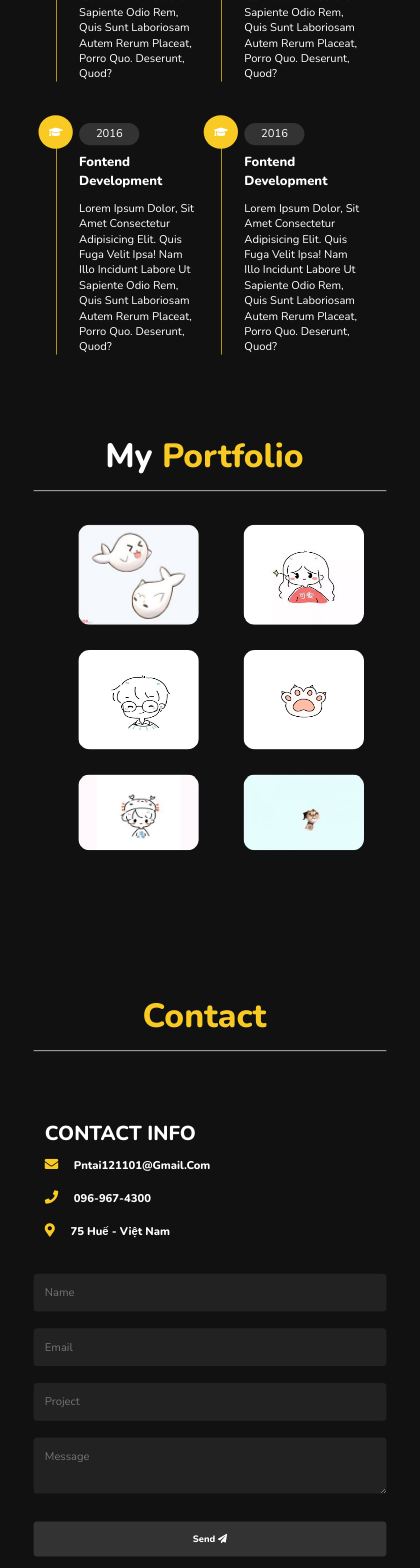
Repository: PCTai/My-profile
Page: index.html
An editor plug-in stored every save of this project. The page is shown before and after the next save, followed by the edit.
The browser window is 600 px wide. The pictures show the part of the page from y = 2381 to 4621 px (the page is 4621 px tall), at 70% of full size.

Above is the page before, as saved 2022-01-13 10:20:22.

### index.html
<!DOCTYPE html>
<html lang="en">
<head>
    <meta charset="UTF-8">
    <meta http-equiv="X-UA-Compatible" content="IE=edge">
    <meta name="viewport" content="width=device-width, initial-scale=1.0">
    <link rel="preconnect" href="https://fonts.googleapis.com">
    <link rel="preconnect" href="https://fonts.gstatic.com" crossorigin>
    <link href="https://fonts.googleapis.com/css2?family=Nunito:ital,wght@0,400;0,600;0,800;1,200;1,300&display=swap" rel="stylesheet">
    <link rel="stylesheet" href="./assets/font/fontawesome-free-5.15.3-web/css/all.css">

    <link rel="stylesheet" href="./assets/css/style.css">
    <link rel="stylesheet" href="./assets/css/reponsive.css">
    <title>Document</title>
</head>
<body>
    <span class="bg-layer"> </span>
    <!-- Header start -->
    <header>
        <div class="user">
            <img src="./assets/imgs/user.jpg" alt="">
            <h3 class="name">Phan Chi Tai</h3>
            <div class="post">Font End Deverloper</div>
        </div>
        <div class="navbar">
            <ul>
                <li><a href="#home">home</a></li>
                <li><a href="#about">About</a></li>
                <li><a href="#education">Education</a></li>
                <li><a href="#portfolio">Portfolio</a></li>
                <li><a href="#contact">Contact</a></li>
            </ul>
        </div>
    </header>
    <!-- Header end -->
    <div id="menu"class="fas fa-bars">
    </div>
    <!-- start home -->
    <section id="home" class="home">

        <h3>HI THERE !</h3>
        <h1>I!M <span>Phan CHi Tai</span></h1>
        <p>I am in the early twenties. Currently, I am living in Hue. I have been studying graphic design for the past two years at  HUSC. During that time I’ve been working in the design industry as a hobby and also for living. My projects ranged from digital printing to product design</p>
        <a href="#about"> <button class="btn">About me <i class="fas fa-users"></i></button></a>


    </section>
    <!-- end home -->
    <!-- start about -->
    <section id="about" class="about">
        <div class="heading"><h1><span>About</span>Me</h1></div>
        <div class="row">
            <div class="info">
                <h3>Name : <span>Phan Chi Tai</span></h3>
                <h3>Age : <span>20</span></h3>
                <h3>Qualification : <span>BSM</span></h3>
                <h3>Post : <span>Font End Developer</span></h3>
                <h3>Language : <span>Vietnames</span></h3>
                <a href="#about"> <button class="btn">Download CV<i class="fas fa-download"></i></button></a>
            </div>
            <div class="counter">
                <div class="box">
                    <span>100+</span>
                    <br>
                    <h3>projects</h3>
                </div>
                <div class="box">
                    <span>100+</span>
                    <br>
                    <p>projects</p>
                </div>
                <div class="box">
                    <span>100+</span>
                    <br>
                    <h3>projects</h3>
                </div>
                <div class="box">
                    <span>100+</span>
                    <br>
                    <h3>projects</h3>
                </div>
            </div>
        </div>
    </section>

    <!-- end about -->
    <!-- start education -->
    <section id="education" class="education">
        <div class="heading"><h1 >My <span>Education</span></h1></div>
        <div class="container-box">
            <div class="box-e">
                <i class="fas fa-graduation-cap"></i>
                <span>2016</span>
                <h3>Fontend development</h3>
                <p>Lorem ipsum dolor, sit amet consectetur adipisicing elit. Quis fuga velit ipsa! Nam illo incidunt labore ut sapiente odio rem, quis sunt laboriosam autem rerum placeat, porro quo. Deserunt, quod?</p>
            </div>
            <div class="box-e">
                <i class="fas fa-graduation-cap"></i>
                <span>2016</span>
                <h3>Fontend development</h3>
                <p>Lorem ipsum dolor, sit amet consectetur adipisicing elit. Quis fuga velit ipsa! Nam illo incidunt labore ut sapiente odio rem, quis sunt laboriosam autem rerum placeat, porro quo. Deserunt, quod?</p>
            </div>
            <div class="box-e">
                <i class="fas fa-graduation-cap"></i>
                <span>2016</span>
                <h3>Fontend development</h3>
                <p>Lorem ipsum dolor, sit amet consectetur adipisicing elit. Quis fuga velit ipsa! Nam illo incidunt labore ut sapiente odio rem, quis sunt laboriosam autem rerum placeat, porro quo. Deserunt, quod?</p>
            </div>
            <div class="box-e">
                <i class="fas fa-graduation-cap"></i>
                <span>2016</span>
                <h3>Fontend development</h3>
                <p>Lorem ipsum dolor, sit amet consectetur adipisicing elit. Quis fuga velit ipsa! Nam illo incidunt labore ut sapiente odio rem, quis sunt laboriosam autem rerum placeat, porro quo. Deserunt, quod?</p>
            </div>
            <div class="box-e">
                <i class="fas fa-graduation-cap"></i>
                <span>2016</span>
                <h3>Fontend development</h3>
                <p>Lorem ipsum dolor, sit amet consectetur adipisicing elit. Quis fuga velit ipsa! Nam illo incidunt labore ut sapiente odio rem, quis sunt laboriosam autem rerum placeat, porro quo. Deserunt, quod?</p>
            </div>
            <div class="box-e">
                <i class="fas fa-graduation-cap"></i>
                <span>2016</span>
                <h3>Fontend development</h3>
                <p>Lorem ipsum dolor, sit amet consectetur adipisicing elit. Quis fuga velit ipsa! Nam illo incidunt labore ut sapiente odio rem, quis sunt laboriosam autem rerum placeat, porro quo. Deserunt, quod?</p>
            </div>

        </div>
    </section>
    <!-- end education -->

    <!-- start portfolio -->
    <section id="portfolio" class="portfolio">
        <div class="heading"><h1 >My <span>Portfolio</span></h1></div>
        <div class="container-box">
            <div class="box-p">
                <img src="./assets/imgs/image1.jfif" alt="">
            </div>
            <div class="box-p">
                <img src="./assets/imgs/image2.jfif" alt="">
            </div>
            <div class="box-p">
                <img src="./assets/imgs/image3.png" alt="">
            </div>
            <div class="box-p">
                <img src="./assets/imgs/image4.png" alt="">
            </div>
            <div class="box-p">
                <img src="./assets/imgs/image5.jfif" alt="">
            </div>
            <div class="box-p">
                <img src="./assets/imgs/image6.jfif" alt="">
            </div>
        </div>
    </section>
    <!-- end portfolio -->

    <!-- start contact -->
    <section id="contact" class="contact">
        <div class="heading"><h1 ><span>Contact</span></h1></div>
        <div class="row">
            <div class="info info-contact">
                <h1>CONTACT INFO</h1>
                <h3>
                    <i class="fas fa-envelope"></i>
                    <span>pntai121101@gmail.com</span>
                </h3>

                <h3><i class="fas fa-phone"></i>  <span>096-967-4300</span></h3>
                <h3><i class="fas fa-map-marker-alt"></i> <span>75 Huế - Việt Nam</span></h3>


            </div>
            <form action="">
                <input type="text" placeholder="Name" class="box">
                <input type="email" placeholder="Email" class="box">
                <input type="text" placeholder="Project" class="box">
                <textarea name="" id="" cols="30" rows="10" placeholder="Message" class="box"></textarea>
                <button type="submit" class="btn"><span>Send <i class="fas fa-paper-plane"></i></span></i></button>
            </form>
        </div>

    </section>

    <!-- end contact -->

    <!-- scrolltop button -->
    <a href="#home" class="top-cr">
        <img src="./assets/imgs/roclet.png" alt="">
    </a>
    <script src="./app.js"></script>
</body>
</html>

### assets/css/style.css
:root{
    --yellow: #f9ca24;
}
*{
    font-family: 'Nunito', sans-serif;
    margin: 0;padding: 0;
    box-sizing: border-box;
    text-decoration: none;
    outline: none;border: none;
    text-transform: capitalize;
    transition: all .2s linear;
}
html{
    font-size: 62,5%;
    overflow: hidden;
    overscroll-behavior-y: auto;
    overflow: auto;
}
::selection{
    background-color: var(--yellow);
    color: #333;

}

html::-webkit-scrollbar{
    width: 1.4rem;
}
html::-webkit-scrollbar-track{
    background-color: #333;
}
html::-webkit-scrollbar-thumb{
    background-color: var(--yellow);
}
body{
    padding-left: 25rem;
    background: #111;
}
header{
    position: fixed;
    top: 0;
    left: 0;
    z-index: 1000;
    height: 100%;
    display: flex;
    flex-direction: column;
    justify-content: center;
    align-items: center;
    width: 25rem;
    background-color: #1a1a1a;
}

.user img{
    margin-top: 2rem;
    height: 14rem;
    width: 14rem;
    border-radius: 50%;
    object-fit: cover;
    border: 0.5rem solid var(--yellow);

}
header .user .name{
    text-align: center;
    font-size: 2rem;
    color: #fff;
}
header .user .post{
    text-align: center;
    font-size: 1.5rem;
    color: #eee;
}
header .navbar ul{
    margin-top: 1rem;
    list-style: none;
    padding: 1rem 3rem;
}
header .navbar ul li a:hover{
    background-color: var(--yellow);
}
header .navbar ul li a{
    display: block;
    padding: 0.5rem 6rem;
   margin-bottom: 0.8rem;
   background-color: #333;
   color: #fff;
   font-size: 1.5rem;
   border-radius: 5rem;
   text-align: center;
   cursor: pointer;
}
#menu:hover{
    color: var(--yellow);
}


#menu{
    position: fixed;
    z-index: 1000;
    top: 1rem;
    right: 1rem;
    color: #fff;
    padding: 1rem;
    background-color: #222;
    font-size: 2rem;
    cursor: pointer;
}
section{
    min-height: 100vh;
    padding: 1rem;
}
/* home */
.home{
    font-size: 1.5rem;
    color: #fff;
    display: flex;
    flex-direction: column;
    padding: 0 2rem;
    justify-content: center;
}
.btn:hover{
    background-color: var(--yellow);
    cursor: pointer;
}
.btn{
    padding: 0.5rem 2rem;
    border-radius: 1rem;
    margin-top: 1rem;
    font-weight: bold;
    background-color: #333;
    color: #fff;
}
.home span{
    color: var(--yellow);
    margin-bottom: 2rem;

}
.home h1{
    margin-bottom: 2rem;

}
/* about */
.about , .education,.portfolio,.contact{
    color: #fff;

}
.heading{
    font-size: 2rem;
    text-align: center;
    padding: 1rem;
    border-bottom: 0.1rem solid #eee;

}
.heading span{
    color: var(--yellow);
    padding-right: 1rem;
}
.info{
    flex: 1 1 45%;
    padding: 1rem;
    padding-left: 1rem;

}
.info span{
    color: var(--yellow);
}
.info h3{
    padding: 0.5rem 0;
}
.row{
    margin-top: 2rem;
    display: flex;
    justify-content: center;
    align-items: center;
    flex-wrap: wrap;

}
.counter{
    flex:1 1 55%;
    width: 55%;
    justify-content: center;
    display: flex;
    flex-wrap: wrap;

}
.box{
    background-color: #222;
    width: 7.5rem;
    padding: 2rem 0;
    text-align: center;
    margin: 0.5rem;
    display: flex;
    flex-direction: column;
    align-items: center;
    justify-content: center;

}

/* education */
.container-box{
    padding-left: 2rem;
    margin-top: 3rem;
    display: flex;
    flex-wrap: wrap;

}
.box-e{
    flex:33.33%;
    border-left: 0.1rem solid var(--yellow);
    padding: 0 2rem;
    margin-bottom: 4rem;
    position: relative;
}
.box-e span{
    height: 1rem;
    padding:  0.3rem 1.5rem;
    background-color: #333;
    border-radius: 3rem;
}
.box-e h3{
    margin: 1rem 0;
}
.box-e i{
    position: absolute;
    left: -1.6rem;
    top: -1rem;
    padding: 1rem 0.9rem;
    border-radius: 50%;
    background-color: var(--yellow);
    text-align: center;

}
/* portfolio */
.box-p{
    flex:33.33%;
    padding: 0 2rem;

}
.box-p img{
    width: 100%;
    height: 80%;
    border-radius: 1rem;
}
/* contact */
.contact .row{
    justify-content: space-between;

}
.info-contact{
    font-size: 1.2rem;
    margin-top: 10%;
    flex: 1 44%;
}
.contact form {
    flex: 55%;
    padding-right: 2rem;
}


.info-contact i{
    color: var(--yellow);
    padding-right: 1rem;
    font-size: 1.2rem;

}
.info-contact span{
    color: #fff;
    font-size: 1rem;
}
.contact form .box{
    width: 100%;
    padding: 1rem;
    border-radius: 5px;
    text-align: left;
    font-size: 1rem;
   margin-left: 0;

}
.contact form textarea{
    height: 5rem;
}

.contact form button{
    width: 10rem;
    padding: 1rem;

    border-radius: 5px;
    background-color: #333;
    color: #fff ;
}

/* scroll top */
.top-cr{
    position: fixed;
    bottom: 1rem;
    right: 1rem;
    z-index: 1;
    display: none;
}
.top-cr img{
    width: 4rem;
}

### assets/css/reponsive.css

@media (min-width:1200px){
    #menu{
        display: none;
    }
    .box{
        width: 15rem;
        margin: 2rem;
    }
    html{
        font-size: 100%;
    }
    .about{
        padding: 0 1rem;
    }

}
@media (min-width:1025px){
    #menu{
        display: none;
    }
    .box{
        width: 9rem;
    }
    header{
        left: 0% !important;
    }
    .box-p{
        flex:33.33%;
        padding: 0 2rem;

    }
}
@media (min-width:1024px) and (max-width:1125px){
    .box-e{
        flex:49%;
    }
    .box-p{
        flex:49%;
    }
}
@media (max-width:1025px){
    header{
        left: -125%;
    }
    body{
        padding: 0 2rem;
    }
    #menu{
        display: block;
    }
    .box{
        width: 9rem;
        margin: 1.5rem;
    }
}
@media (max-width:486px){

    section{
        width: 100%;
        font-size: 60%;
        padding: 2rem 0;
        margin: 0;
    }
    header{

        width: 100vw;
    }
    .toggle{
        left: -125% ;
    }
   .info,.counter{
        width: 100%;
   }
   .about{
       font-size: 80%;
   }
   .heading{
       font-size: 1.4rem;
   }
   .box{
    width: 100%;
    margin: 1rem 0;
    }
    .box-p{
        flex: 100% !important;
    }
}

@media (max-width:745px){
    .box-e{
        flex: 100%;
    }
    .contact .row{
        flex-direction: column;
    }
    .contact form {
        padding-right: 0;
    }
    .contact form button{
        width: 100%;
    }
}
@media (max-width:939px){
    .row{
        flex-direction: column;
    }
    .info,.counter{
        width: 100%;
   }
   .box-e{
        flex:49%;
    }
    .box-p{
        flex:49%;
    }
    .contact .row{
        flex-direction: row;
    }
}

### app.js

var menu=document.getElementById('menu');
var header=document.querySelector('header');
menu.onclick=function(e){
    if(this.className=='fas fa-bars'){
        this.classList.remove('fa-bars');
        this.classList.add('fa-times');
        header.style='left:0%';
    }
    else{
        this.classList.remove('fa-times');
        this.classList.add('fa-bars');
        header.style='left:-125%';
    }
};
var section = document.querySelectorAll('section');
for(var i=0 ; i<section.length;i++){
    // console.log(section[i]);
    section[i].onclick =function(){
        if(WidthHTML<='1024'){
            header.style='left:-125%';
            menu.classList.remove('fa-times');
            menu.classList.add('fa-bars');
        }

    }

}
var WidthHTML=document.querySelector('html').offsetWidth;
var navbar = document.querySelectorAll('header .navbar ul li a');
for(var i=0 ; i<navbar.length;i++){
    // console.log(section[i]);
    navbar[i].onclick =function(){
        if(WidthHTML<='1024'){
            header.style='left:-125%';
            menu.classList.remove('fa-times');
            menu.classList.add('fa-bars');
        }

    }

}

var topScroll=document.querySelector('.top-cr');

window.addEventListener("scroll", function (event) {
    var scroll = this.scrollY;
    if(scroll>500){
        topScroll.style='display:inline';
    }else topScroll.style='display:none';
    console.log(scroll)
});

Loaded but not shown: assets/font/fontawesome-free-5.15.3-web/css/all.css (library)

After the next save:
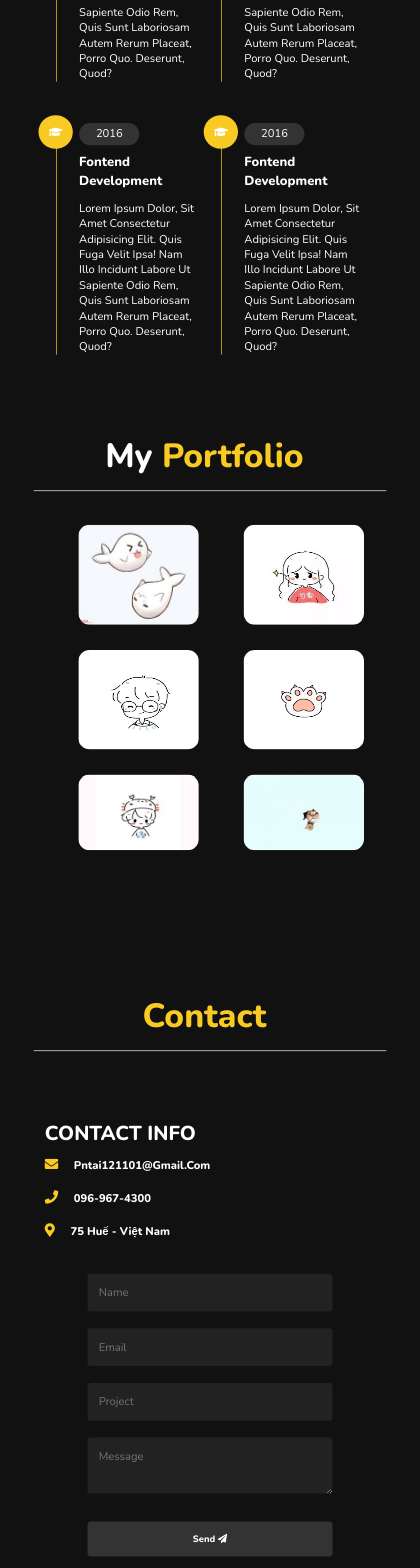
Saved 47 s later.
--- a/assets/css/reponsive.css
+++ b/assets/css/reponsive.css
@@ -92,7 +92,7 @@
         flex: 100%;
     }
     .contact .row{
-        flex-direction: column;
+        flex-direction: column !important;
     }
     .contact form {
         padding-right: 0;
